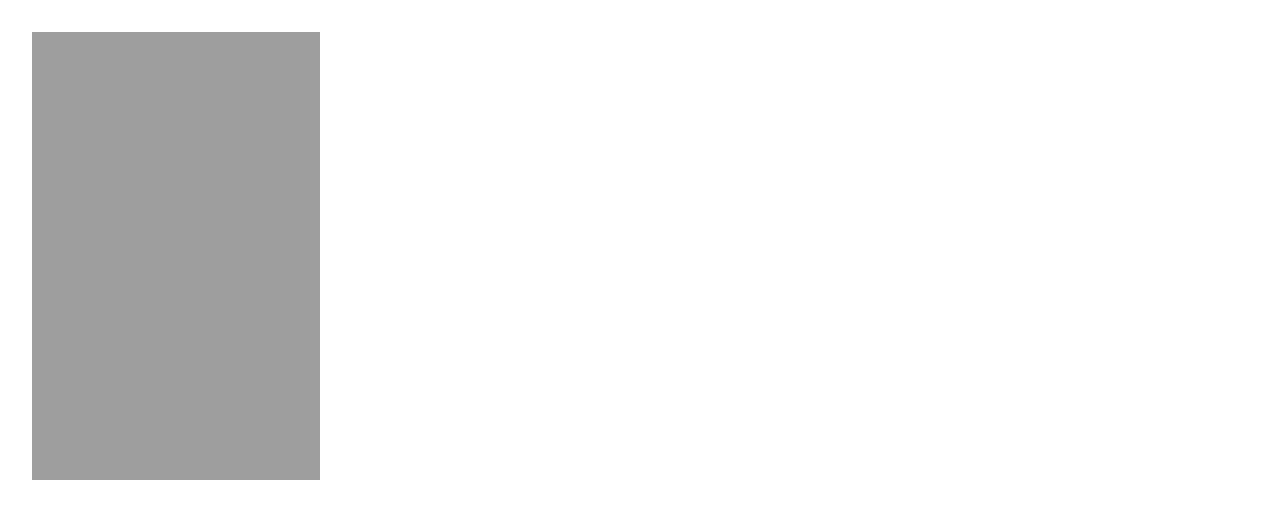
Repository: nikhilsinghrathore1/SpiceitUp
Page: /
The author's editor kept a copy of each file at every save. The page is drawn from the files as they stood at one save, then again after the next save.
The browser window is 1280 px wide. The pictures show the whole page.
The project was rebuilt for these pictures with package versions that can differ from the ones it lists, and the page was loaded fresh each time. Also part of the build but not shown: vite.config.ts.

Above is the page before, as saved 2024-11-12 18:48:45.

### src/App.tsx

import './App.css'
import Canvas from './Canvas'

function App() {

  return (
    <>
    <Canvas/>
    </>
  )
}

export default App

### src/Canvas.tsx
import React, { useEffect, useRef } from 'react'
import canvasImages from './canvasImages';


const Canvas = () => {
               const canvasref = useRef<HTMLCanvasElement |null>(null )

               useEffect(() => {

                const canvas = canvasref.current;
                if(canvas !== null){

                  const ctx = canvas.getContext("2d")
                  const img = new Image();
                  img.src = canvasImages[0]
                  img.onload = () =>{
                    canvas.width = img.width,
                    canvas.height = img.height,
                    ctx?.drawImage(img,0,0)

                  }
                }

               }, [])

  return (
               <canvas ref={canvasref} className="w-[18rem] h-[28rem]" id='canvasId'></canvas>
  )
}

export default Canvas

Loaded but not shown: index.html (common file); src/main.tsx (common file); src/index.css (common file); src/App.css (common file); tailwind.config.js (common file); src/canvasImages.ts (1051 lines, source omitted)

After the next save:
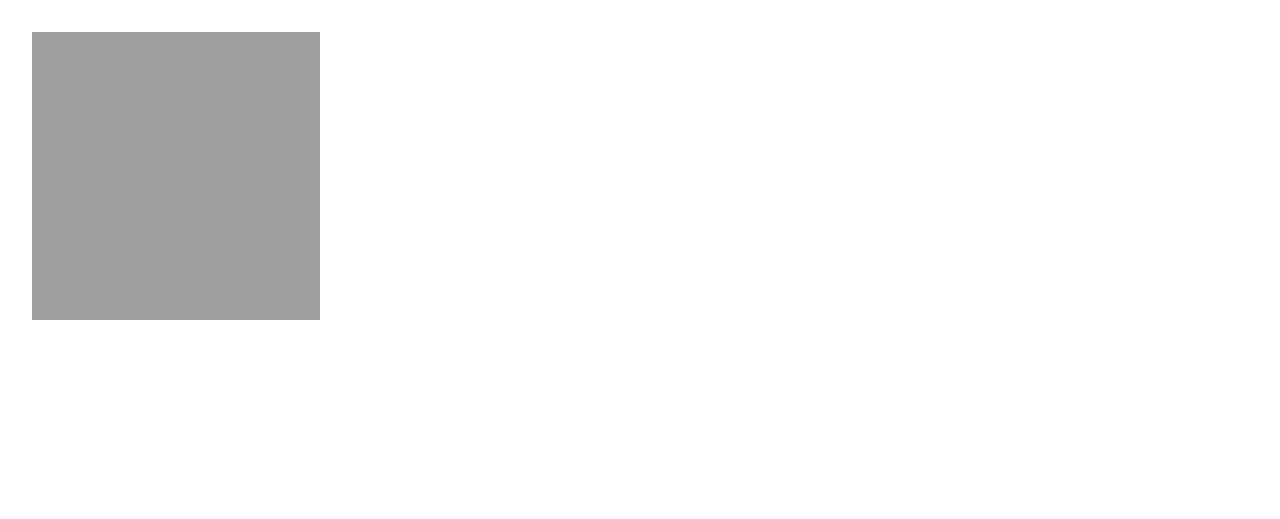
Saved 4 s later.
--- a/src/Canvas.tsx
+++ b/src/Canvas.tsx
@@ -24,7 +24,7 @@ const Canvas = () => {
                }, [])
 
   return (
-               <canvas ref={canvasref} className="w-[18rem] h-[28rem]" id='canvasId'></canvas>
+               <canvas ref={canvasref} className="w-[18rem] h-[18rem]" id='canvasId'></canvas>
   )
 }
 
